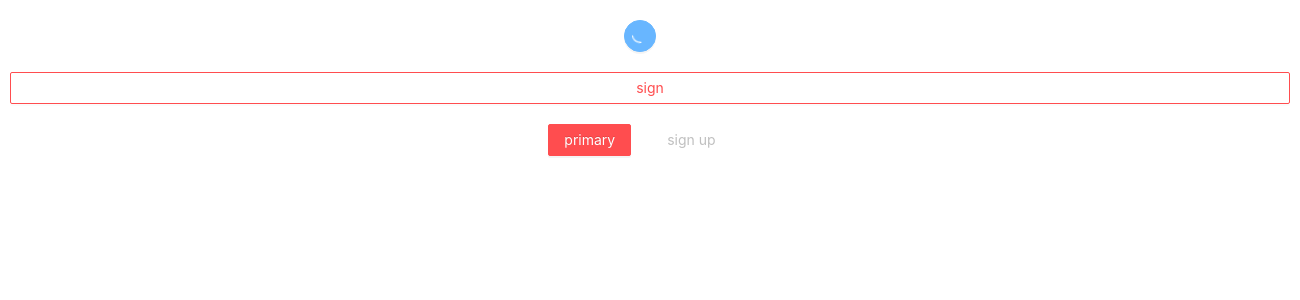
Repository: ErosHai/antd-demo
Page: /
An editor plug-in stored every save of this project. The page is shown before and after the next save, followed by the edit.
The browser window is 1280 px wide. The page is 1300 px wide, so the pictures cover 1300 px, including what lies to the right of the window. The pictures show the whole page.
The project was rebuilt for these pictures with package versions that can differ from the ones it lists, and the page was loaded fresh each time.

Above is the page before, as saved 2022-04-12 14:38:31.

### src/App.js
import './App.css'
import { Button, Tooltip } from 'antd'
import { SearchOutlined } from '@ant-design/icons'
import { useState } from 'react'

function App() {
	const { count, setCount } = useState(0)

	return (
		<div className="App">
			<Tooltip title="search">
				<Button
					type="primary"
					shape="circle"
					loading="true"
					icon={<SearchOutlined />}
				></Button>
			</Tooltip>
			<Button
				type="default"
				onclick={count => {
					setCount(count + 1)
				}}
				block
				ghost
				danger
			>
				sign
			</Button>
			<Button type="primary" danger>
				primary
			</Button>
			<Button type="text" disabled>
				sign up
			</Button>
		</div>
	)
}

export default App

### src/App.css
@import '~antd/dist/antd.css';

.App {
  text-align: center;
  /* background-color: #282c34; */
  padding:10px 0px;

}
.App button {
  margin:  10px;
}
.App-logo {
  height: 40vmin;
  pointer-events: none;
}

@media (prefers-reduced-motion: no-preference) {
  .App-logo {
    animation: App-logo-spin infinite 20s linear;
  }
}

.App-header {
  background-color: #282c34;
  min-height: 100vh;
  display: flex;
  flex-direction: column;
  align-items: center;
  justify-content: center;
  font-size: calc(10px + 2vmin);
  color: white;
}

.App-link {
  color: #61dafb;
}

@keyframes App-logo-spin {
  from {
    transform: rotate(0deg);
  }
  to {
    transform: rotate(360deg);
  }
}

Loaded but not shown: public/index.html (common file); src/index.js (common file); src/index.css (common file); src/reportWebVitals.js (common file)

After the next save:
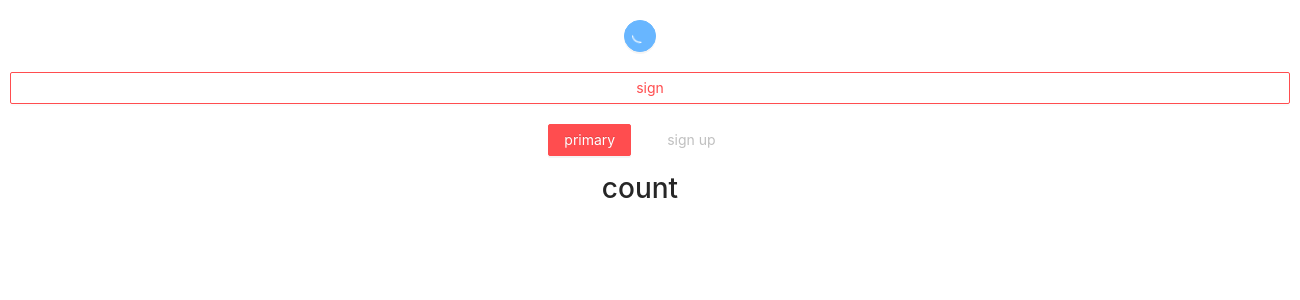
Saved 16 s later.
--- a/src/App.js
+++ b/src/App.js
@@ -33,6 +33,8 @@
 			<Button type="text" disabled>
 				sign up
 			</Button>
+
+			<h1> count </h1>
 		</div>
 	)
 }

After the save that followed:
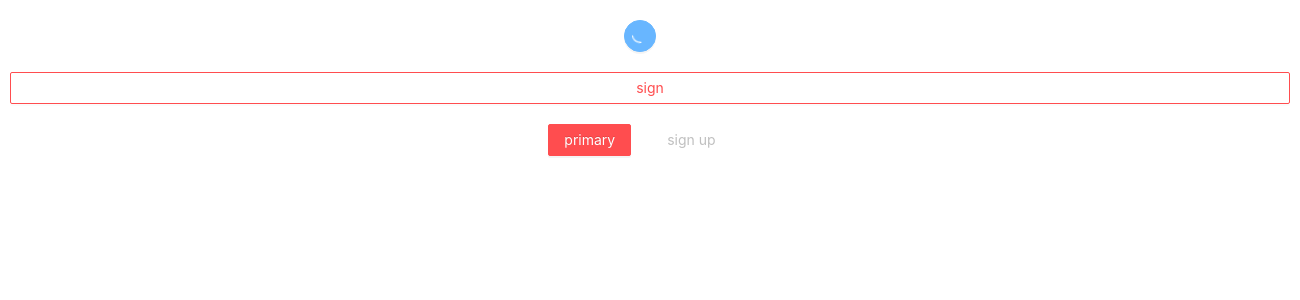
Saved 7 s later.
--- a/src/App.js
+++ b/src/App.js
@@ -34,7 +34,7 @@
 				sign up
 			</Button>
 
-			<h1> count </h1>
+			<h1> {count} </h1>
 		</div>
 	)
 }
